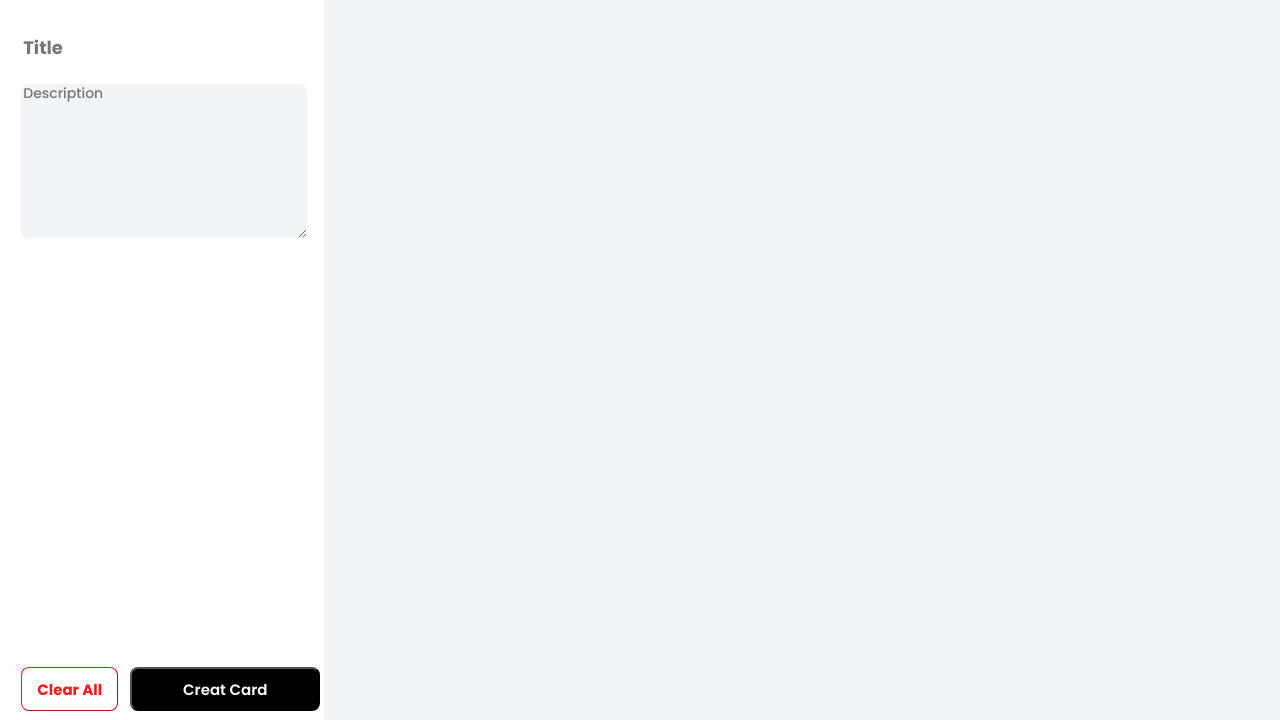
Repository: ReyhanehRahmani/TO-DO
Page: index.html
An editor plug-in stored every save of this project. The page is shown before and after the next save, followed by the edit.
The browser window is 1280 px wide. The pictures show the whole page.
Some web fonts or font styles are not loaded; a fallback is used.

Above is the page before, as saved 2025-06-08 14:04:35.

After the next save:
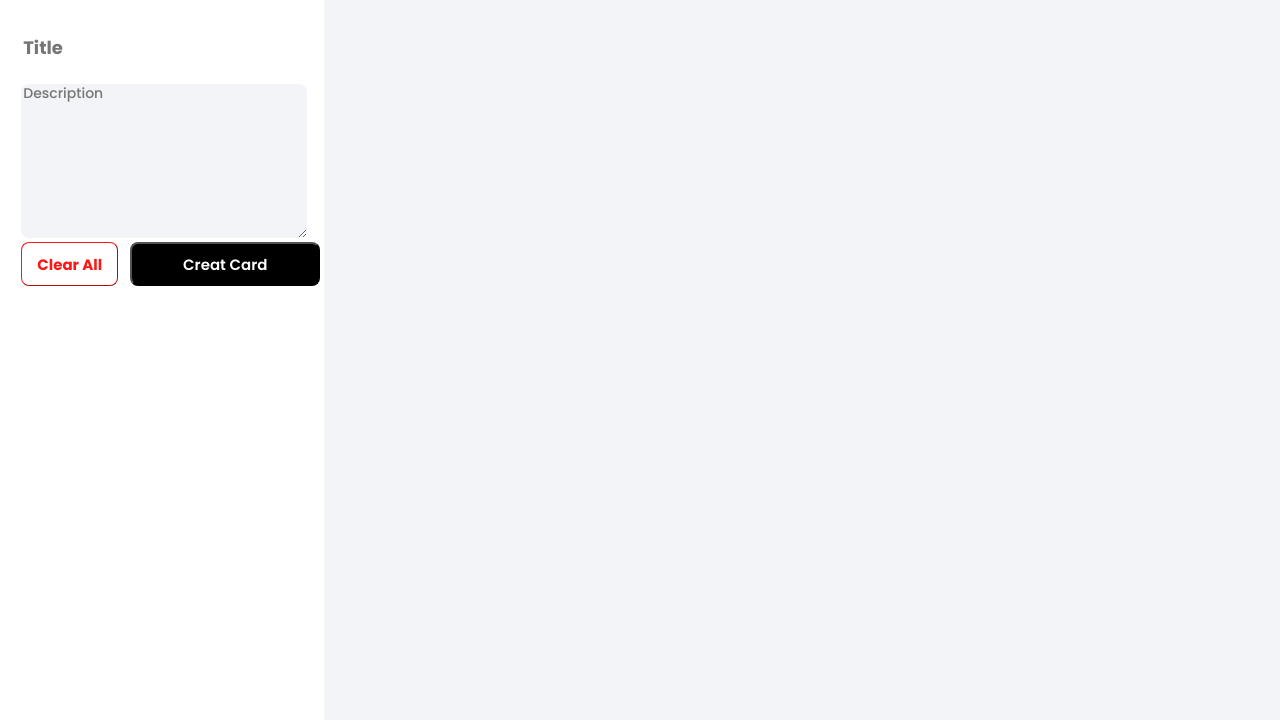
Saved 39 s later.
--- a/style.css
+++ b/style.css
@@ -235,7 +235,7 @@ body, html {
     display: flex;
     flex-direction: column;
     justify-content: space-between;
-    gap: 425px;
+    gap: 72.591006424%;
 }
 
 #buttons{
